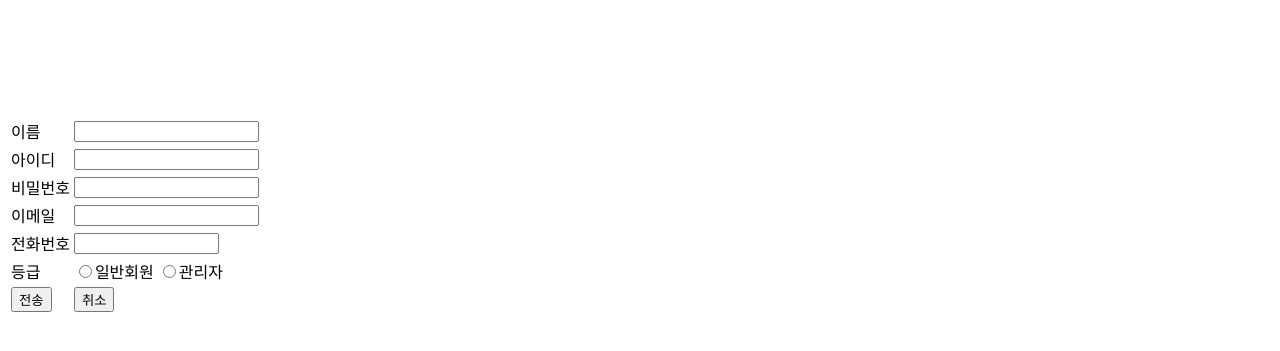
Repository: totesbk/JSP-
Page: http://localhost/web08/ex04_form.jsp
The author's editor kept a copy of each file at every save. The page is drawn from the files as they stood at one save, then again after the next save.
The browser window is 1280 px wide. The pictures show the whole page.
The page is served by Tomcat 9.

Above is the page before, as saved 2020-10-13 02:49:09.

### web08/WebContent/ex04_form.jsp
<%@ page language="java" contentType="text/html; charset=UTF-8"
pageEncoding="UTF-8"%>
<!DOCTYPE html>
<html>
  <head>
    <meta charset="UTF-8" />
    <title>Insert title here</title>
  </head>
  <body>

   <form action="ex04_insert.jsp" method="post">
   		 <table>
   		<tr>
   			<td>이름</td>
   			<td><input type="text" name="name" size="20"></td><br>
   		</tr>
   		<tr>
   			<td>아이디</td>
   			<td><input type="text" name="userid" size="20"></td><br>
   		</tr>
   		<tr>
   			<td>비밀번호</td>
   			<td><input type="password" name="userpwd" size="20"></td><br>
   		</tr>

   		<tr>
   			<td>이메일</td>
   			<td><input type="text" name="email" size="20"></td><br>
   		</tr>

   		<tr>
   			<td>전화번호</td>
   			<td><input type="text" name="phone" size="15"></td> <br>
   		</tr>

   		<tr>
   			<td>등급</td>
   			<td>
   			<input type="radio" name="admin" value="0">일반회원
   			<input type="radio" name="admin" value="1">관리자
   			</td>
   		</tr>
   		<br>
   		<tr>
   			<td><input type="submit" value="전송"></td>
   			<td><input type="reset" value="취소"></td>
   		</tr>


   </table>
    </form>

  </body>
</html>

After the next save:
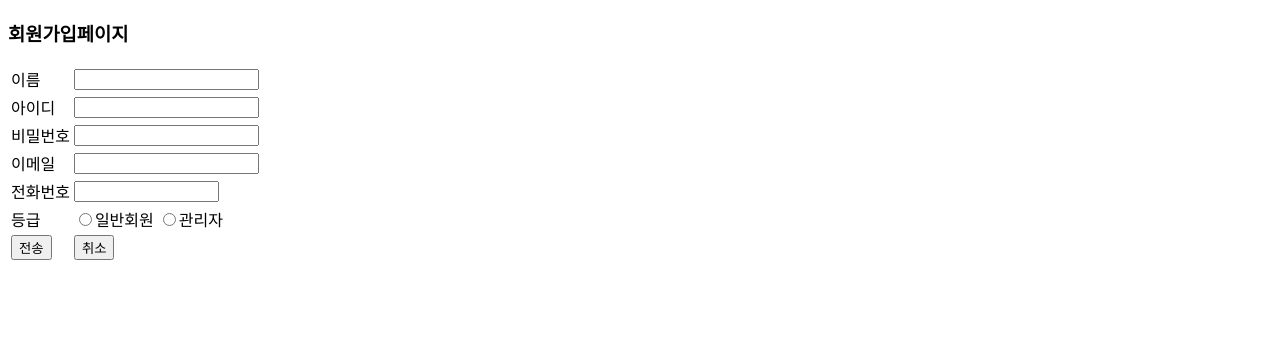
Saved 35 s later.
--- a/web08/WebContent/ex04_form.jsp
+++ b/web08/WebContent/ex04_form.jsp
@@ -7,30 +7,30 @@
     <title>Insert title here</title>
   </head>
   <body>
-
+  <h3>회원가입페이지</h3>
    <form action="ex04_insert.jsp" method="post">
    		 <table>
    		<tr>
    			<td>이름</td>
-   			<td><input type="text" name="name" size="20"></td><br>
+   			<td><input type="text" name="name" size="20"></td>
    		</tr>
    		<tr>
    			<td>아이디</td>
-   			<td><input type="text" name="userid" size="20"></td><br>
+   			<td><input type="text" name="userid" size="20"></td>
    		</tr>
    		<tr>
    			<td>비밀번호</td>
-   			<td><input type="password" name="userpwd" size="20"></td><br>
+   			<td><input type="password" name="userpwd" size="20"></td>
    		</tr>
 
    		<tr>
    			<td>이메일</td>
-   			<td><input type="text" name="email" size="20"></td><br>
+   			<td><input type="text" name="email" size="20"></td>
    		</tr>
 
    		<tr>
    			<td>전화번호</td>
-   			<td><input type="text" name="phone" size="15"></td> <br>
+   			<td><input type="text" name="phone" size="15"></td>
    		</tr>
 
    		<tr>
@@ -40,7 +40,7 @@
    			<input type="radio" name="admin" value="1">관리자
    			</td>
    		</tr>
-   		<br>
+
    		<tr>
    			<td><input type="submit" value="전송"></td>
    			<td><input type="reset" value="취소"></td>
